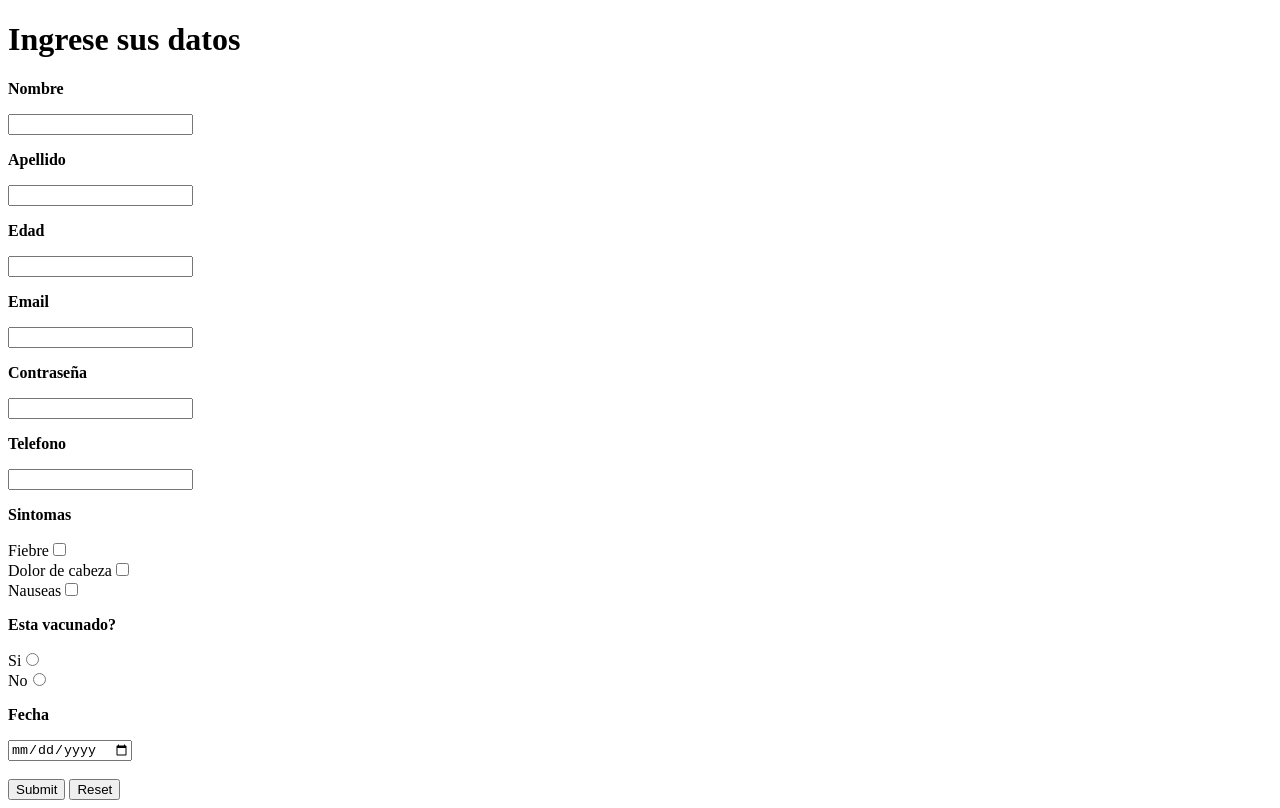
Repository: fran2708/LPPA
Page: Project 2 - Covid registration/index.html
An editor plug-in stored every save of this project. The page is shown before and after the next save, followed by the edit.
The browser window is 1280 px wide. The pictures show the whole page.

Above is the page before, as saved 2022-04-19 21:08:22.

After the next save:
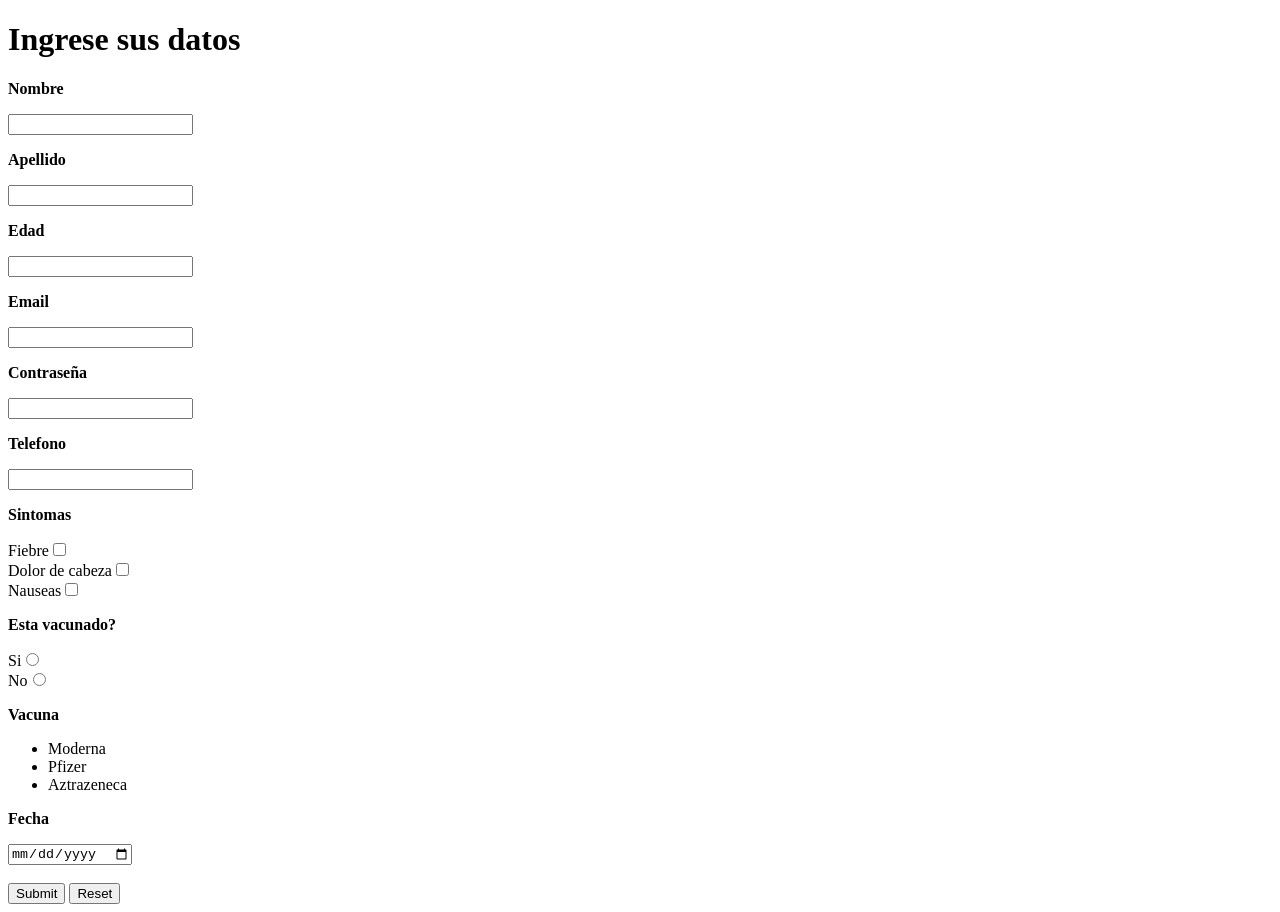
Saved 8 min 53 s later.
--- a/Project 2 - Covid registration/index.html
+++ b/Project 2 - Covid registration/index.html
@@ -28,6 +28,12 @@
         <p><strong>Esta vacunado?</strong></p>
         <label>Si<input type="radio" name="radioSi"></label><br>
         <label>No<input type="radio" name="radioNo"></label><br>
+        <p><strong>Vacuna</strong></p>
+        <ul id="vacuna-option">
+            <li data-option="moderna" class="sel">Moderna</li>
+            <li data-option="pfizer">Pfizer</li>
+            <li data-option="aztrazeneca">Aztrazeneca</li>
+        </ul>
         <p><strong>Fecha</strong></p>
         <input type="date" name="fecha"><br><br>
         <button type="submit" name="submit">Submit</button>
